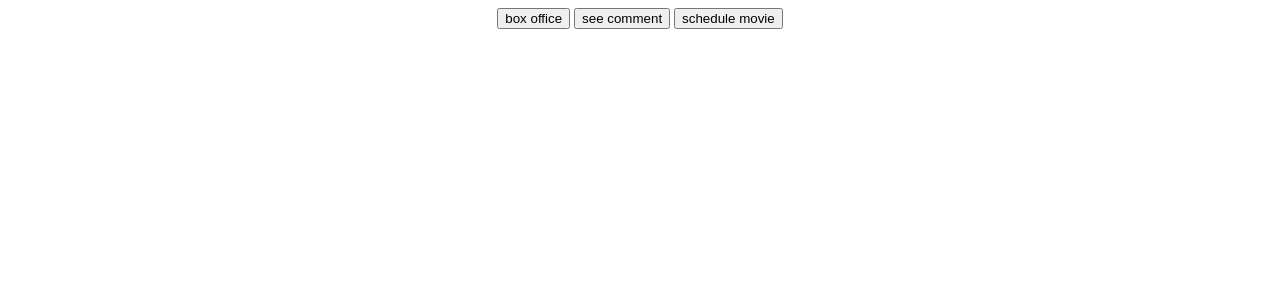
Repository: ycdtc/movie
Page: aaa/WebContent/sales.html
The author's editor kept a copy of each file at every save. The page is drawn from the files as they stood at one save, then again after the next save.
The browser window is 1280 px wide. The pictures show the whole page.
Some web libraries are served in a nearby version.

Above is the page before, as saved 2017-07-11 02:31:49.

After the next save:
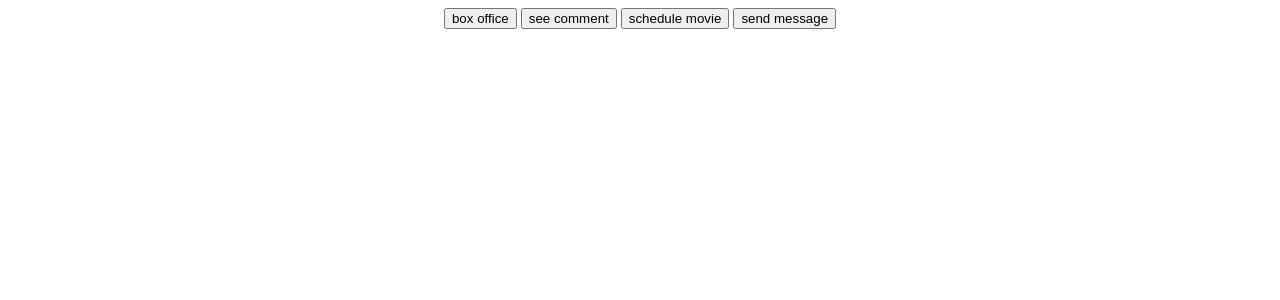
Console error: ReferenceError: ActiveXObject is not defined
Saved 17 min 53 s later.
--- a/aaa/WebContent/sales.html
+++ b/aaa/WebContent/sales.html
@@ -12,11 +12,21 @@
 <button id="boxoffice">box office</button>
 <button id="seecomment">see comment</button>
 <button id="schedulemovie">schedule movie</button>
+<button id="send">send message</button>
 <div id="res"></div>
 <script type="text/javascript">
 var path = "D:/data/roominfo.txt";
 var moviePath = "D:/data/movieinfo.txt";
 var boxPath = "D:/data/boxinfo.txt";
+var msgPath = "D:/data/message.txt";
+$(function(e){
+	var message = dbSearch(msgPath, {"to":getRequest("id")});
+	for(var i=0;i<message.length;i++){
+		alert("from:" + message[i].from + "<br/>" + message[i].message);
+		dbRemove(msgPath, message[i]);
+	}
+});
+
 $("#boxoffice").click(function(){
 	$("#res").empty();
 	var movies = dbGetValue(moviePath,"movie",{"status":"present"});
@@ -99,6 +109,9 @@ $("#schedulemovie").click(function(){
 	})
 });
 
+$("send").click(function(e){
+	window.open("message.html?id=" + getRequest("id"));
+});
 </script>
 </body>
 </html>
